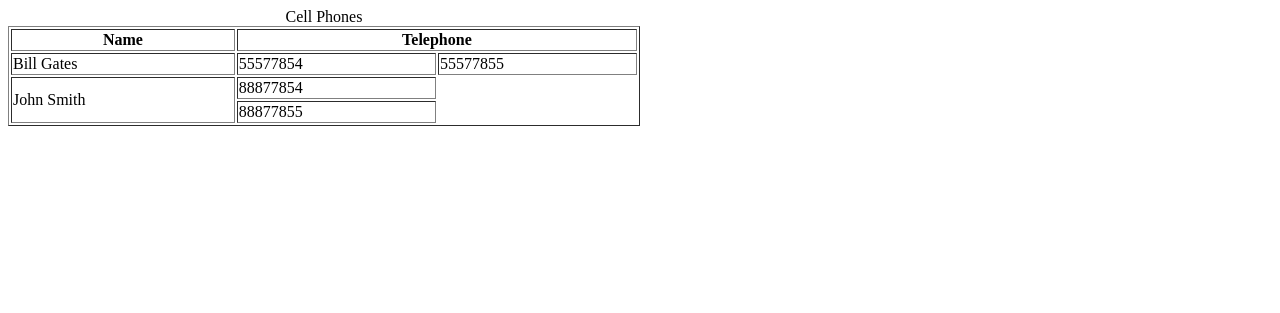
Repository: SanghunOh/learn_publising
Page: HtmlCss/WebContent/HtmlElements/table_align.html
These files come from the project's save history. The page is drawn as it stood at one moment and after the next save; the edit follows.
The browser window is 1280 px wide. The pictures show the whole page.

Above is the page before, as saved 2018-05-05 07:04:59.

### HtmlCss/WebContent/HtmlElements/table_align.html
<!DOCTYPE html>
<html>
<body>
	<table style="width: 50%" border="1">
		<caption>Cell Phones</caption>
		<tr>
			<th>Name</th>
			<th colspan="2">Telephone</th>
		</tr>
		<tr>
			<td>Bill Gates</td>
			<td>55577854</td>
			<td>55577855</td>
		</tr>
		<tr>
			<td rowspan="2">John Smith</td>
			<td>88877854</td>
		</tr>
		<tr>
			<td rowspan="3">88877855</td>
		</tr>
	</table>

</body>
</html>

After the next save:
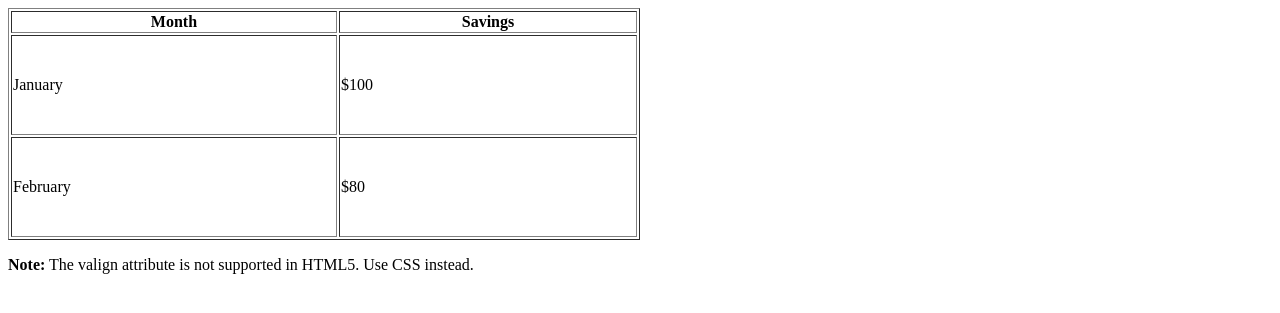
Saved 5 min 49 s later.
--- a/HtmlCss/WebContent/HtmlElements/table_align.html
+++ b/HtmlCss/WebContent/HtmlElements/table_align.html
@@ -1,25 +1,28 @@
 <!DOCTYPE html>
 <html>
 <body>
-	<table style="width: 50%" border="1">
-		<caption>Cell Phones</caption>
+
+	<table style="width: 50%;" border=1>
 		<tr>
-			<th>Name</th>
-			<th colspan="2">Telephone</th>
+			<th>Month</th>
+			<th>Savings</th>
 		</tr>
-		<tr>
-			<td>Bill Gates</td>
-			<td>55577854</td>
-			<td>55577855</td>
-		</tr>
-		<tr>
-			<td rowspan="2">John Smith</td>
-			<td>88877854</td>
-		</tr>
-		<tr>
-			<td rowspan="3">88877855</td>
-		</tr>
+		<tbody valign="middle">
+			<tr style="height: 100px">
+				<td>January</td>
+				<td>$100</td>
+			</tr>
+			<tr style="height: 100px">
+				<td>February</td>
+				<td>$80</td>
+			</tr>
+		</tbody>
 	</table>
+
+	<p>
+		<b>Note:</b> The valign attribute is not supported in HTML5. Use CSS
+		instead.
+	</p>
 
 </body>
 </html>
